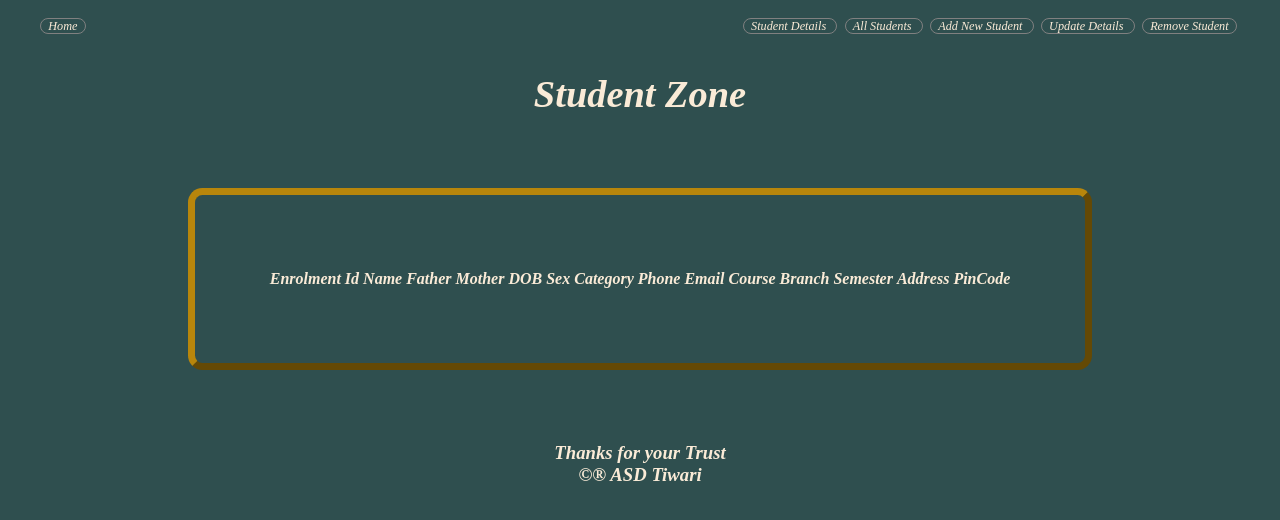
Repository: asdtiwari/Practice
Page: http://localhost/showAllInfo
An editor plug-in stored every save of this project. The page is shown before and after the next save, followed by the edit.
The browser window is 1280 px wide. The pictures show the whole page.
The page is this project's Thymeleaf template; nobody is signed in. The template is opened directly, without the code that normally fills it, so the values that code supplies are empty.

Above is the page before, as saved 2023-11-17 03:20:07.

After the next save:
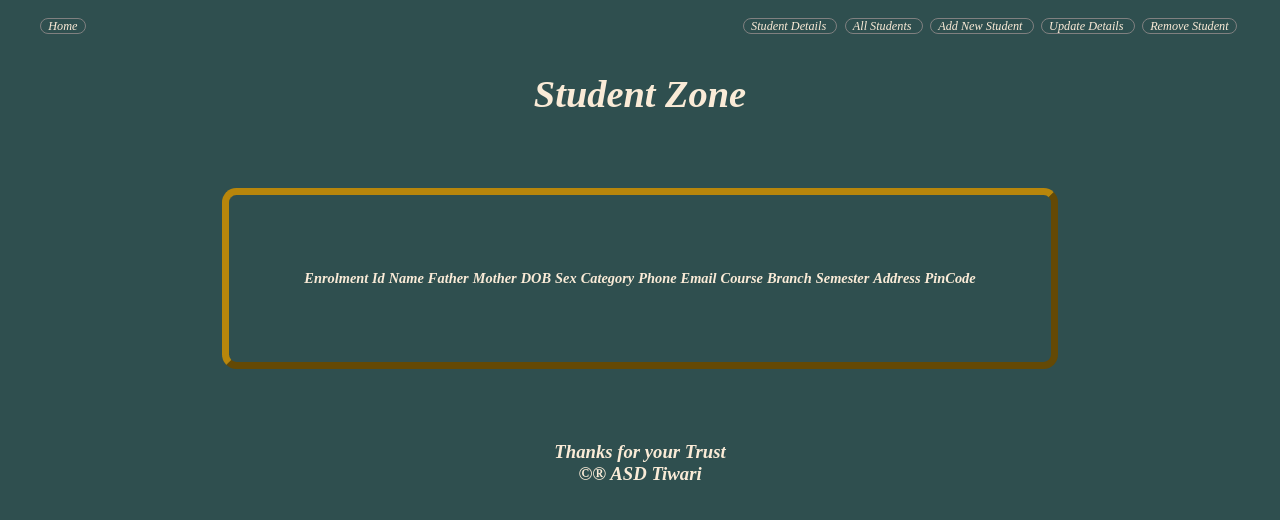
Saved 31 s later.
--- a/DiwaliProjectSTS/studentZone/src/main/resources/templates/showAllInfo.html
+++ b/DiwaliProjectSTS/studentZone/src/main/resources/templates/showAllInfo.html
@@ -70,6 +70,7 @@
                 margin-top: 10vh;
                 margin-bottom: 10vh;
                 padding: 10vh;
+                font-size: 2vh;
             }
 
             .table:hover{
@@ -87,7 +88,6 @@
             .td{
                 padding-left: 2vh;
                 padding-right: 2vh;
-                font-size: 2vh;
             }
 
             .footer{
